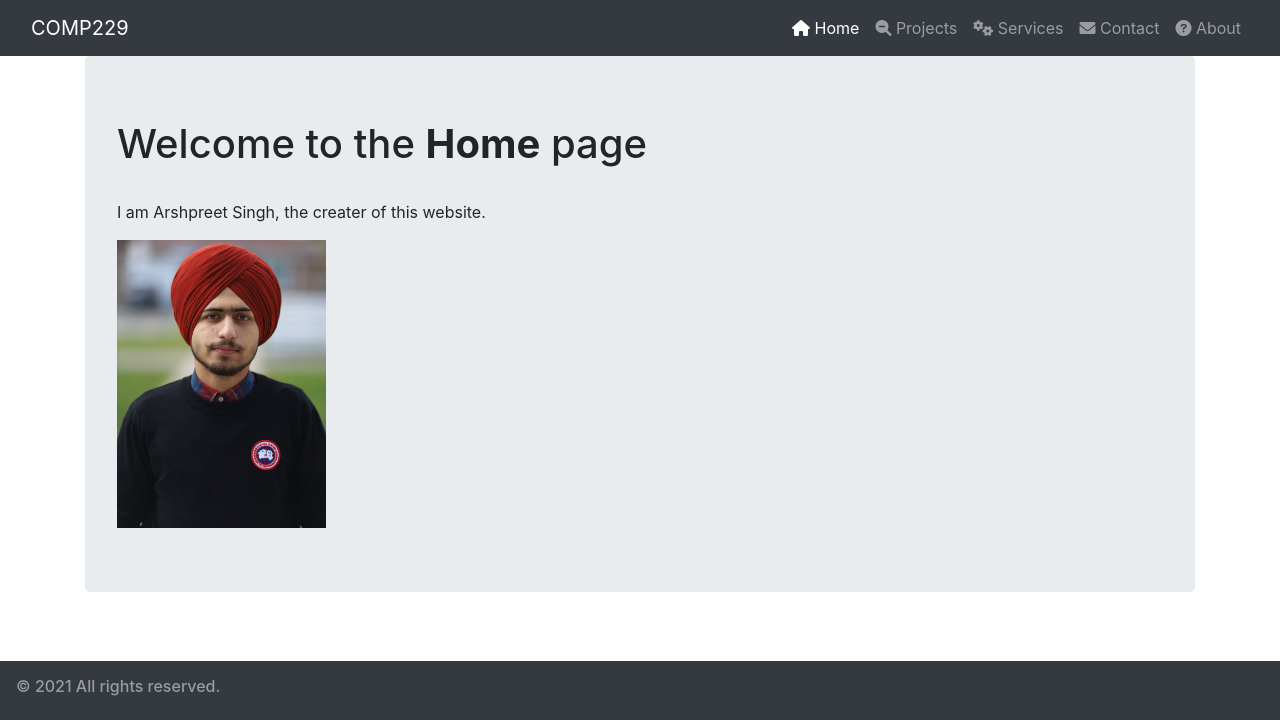
Repository: arsh16/week3_demo2
Page: http://localhost/
An editor plug-in stored every save of this project. The page is shown before and after the next save, followed by the edit.
The browser window is 1280 px wide. The pictures show the whole page.
Some web libraries are served in a nearby version. The page is served by the project's Node server (server.js).

Above is the page before, as saved 2021-09-30 17:47:39.

After the next save:
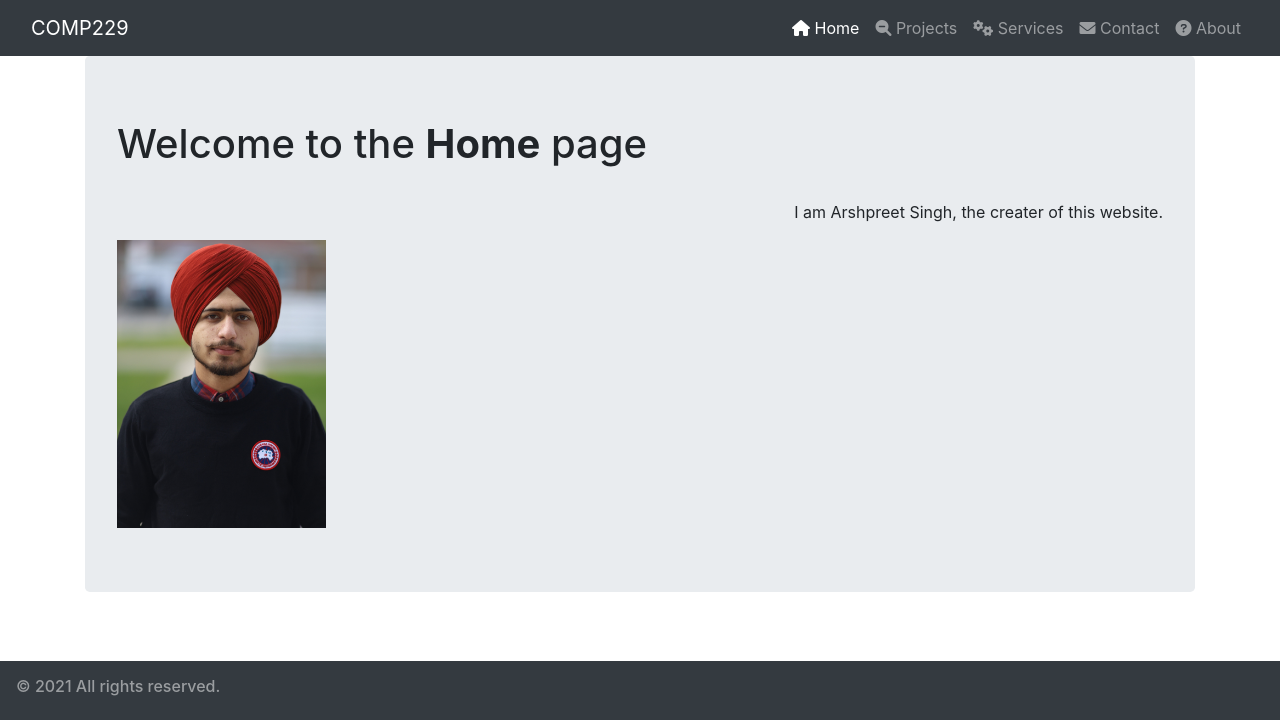
Saved 15 s later.
--- a/views/contents/home.ejs
+++ b/views/contents/home.ejs
@@ -1,3 +1,3 @@
 <br>
-<p style="text-align: left;">I am Arshpreet Singh, the creater of this website. </p>
+<p style="text-align: right;">I am Arshpreet Singh, the creater of this website. </p>
 <img src="\Assets\images\arsh.jpg" width="20%" >
